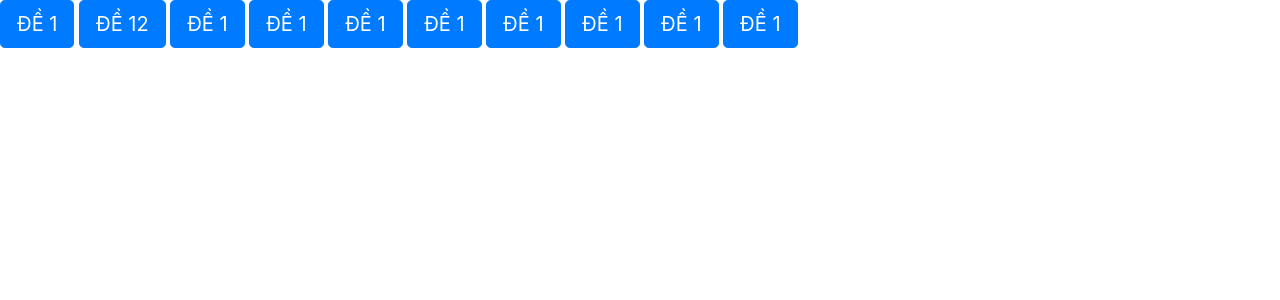
Repository: tunguyenhy222/tunguyenhy222
Page: index.html
An editor plug-in stored every save of this project. The page is shown before and after a run of saves, followed by the edit.
The browser window is 1280 px wide. The pictures show the whole page.

Above is the page before, as saved 2021-08-12 21:17:36.

### index.html
<!DOCTYPE html>
<html lang="en">
  <head>
    <meta charset="UTF-8" />
    <meta http-equiv="X-UA-Compatible" content="IE=edge" />
    <meta name="viewport" content="width=device-width, initial-scale=1.0" />
    <title>Document</title>
    <script
      src="https://code.jquery.com/jquery-3.3.1.slim.min.js"
      integrity="sha384-q8i/X+965DzO0rT7abK41JStQIAqVgRVzpbzo5smXKp4YfRvH+8abtTE1Pi6jizo"
      crossorigin="anonymous"
    ></script>

    <script
      src="https://cdnjs.cloudflare.com/ajax/libs/popper.js/1.14.7/umd/popper.min.js"
      integrity="sha384-UO2eT0CpHqdSJQ6hJty5KVphtPhzWj9WO1clHTMGa3JDZwrnQq4sF86dIHNDz0W1"
      crossorigin="anonymous"
    ></script>

    <script
      src="https://stackpath.bootstrapcdn.com/bootstrap/4.3.1/js/bootstrap.min.js"
      integrity="sha384-JjSmVgyd0p3pXB1rRibZUAYoIIy6OrQ6VrjIEaFf/nJGzIxFDsf4x0xIM+B07jRM"
      crossorigin="anonymous"
    ></script>
    <link
      rel="stylesheet"
      href="https://stackpath.bootstrapcdn.com/bootstrap/4.3.1/css/bootstrap.min.css"
      integrity="sha384-ggOyR0iXCbMQv3Xipma34MD+dH/1fQ784/j6cY/iJTQUOhcWr7x9JvoRxT2MZw1T"
      crossorigin="anonymous"
    />
  </head>
  <body>
    <button type="button" class="btn btn-primary btn-lg"><a href="./de/de1.html" style="color: white;">ĐỀ 1</a></button>
    <button type="button" class="btn btn-primary btn-lg"><a href="./de/de2.html" style="color: white;">ĐỀ 12</a></button>
    <button type="button" class="btn btn-primary btn-lg"><a href="./de/de3.html" style="color: white;">ĐỀ 1</a></button>
    <button type="button" class="btn btn-primary btn-lg"><a href="./de/de4.html" style="color: white;">ĐỀ 1</a></button>
    <button type="button" class="btn btn-primary btn-lg"><a href="./de/de5.html" style="color: white;">ĐỀ 1</a></button>
    <button type="button" class="btn btn-primary btn-lg"><a href="./de/de6.html" style="color: white;">ĐỀ 1</a></button>
    <button type="button" class="btn btn-primary btn-lg"><a href="./de/de7.html" style="color: white;">ĐỀ 1</a></button>
    <button type="button" class="btn btn-primary btn-lg"><a href="./de/de8.html" style="color: white;">ĐỀ 1</a></button>
    <button type="button" class="btn btn-primary btn-lg"><a href="./de/de9.html" style="color: white;">ĐỀ 1</a></button>
    <button type="button" class="btn btn-primary btn-lg"><a href="./de/de10.html" style="color: white;">ĐỀ 1</a></button>
  </body>
</html>

After the next 2 saves:
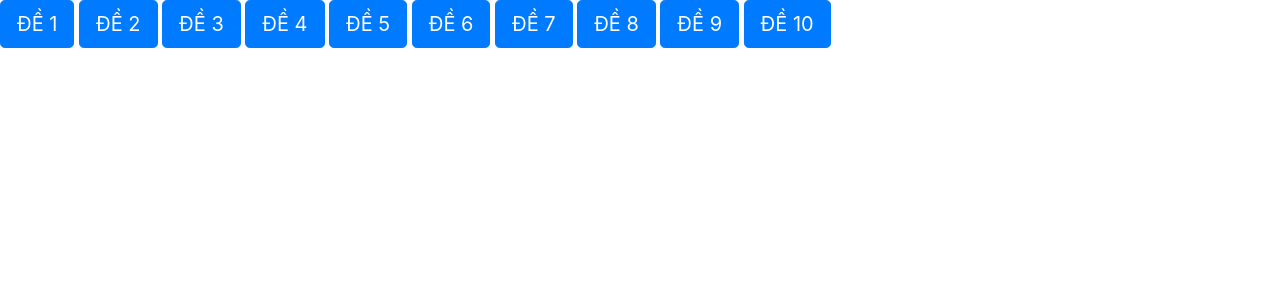
The 2 saves are shown as one change because they came seconds apart.
The last was saved 9 s later.
--- a/index.html
+++ b/index.html
@@ -31,14 +31,14 @@
   </head>
   <body>
     <button type="button" class="btn btn-primary btn-lg"><a href="./de/de1.html" style="color: white;">ĐỀ 1</a></button>
-    <button type="button" class="btn btn-primary btn-lg"><a href="./de/de2.html" style="color: white;">ĐỀ 12</a></button>
-    <button type="button" class="btn btn-primary btn-lg"><a href="./de/de3.html" style="color: white;">ĐỀ 1</a></button>
-    <button type="button" class="btn btn-primary btn-lg"><a href="./de/de4.html" style="color: white;">ĐỀ 1</a></button>
-    <button type="button" class="btn btn-primary btn-lg"><a href="./de/de5.html" style="color: white;">ĐỀ 1</a></button>
-    <button type="button" class="btn btn-primary btn-lg"><a href="./de/de6.html" style="color: white;">ĐỀ 1</a></button>
-    <button type="button" class="btn btn-primary btn-lg"><a href="./de/de7.html" style="color: white;">ĐỀ 1</a></button>
-    <button type="button" class="btn btn-primary btn-lg"><a href="./de/de8.html" style="color: white;">ĐỀ 1</a></button>
-    <button type="button" class="btn btn-primary btn-lg"><a href="./de/de9.html" style="color: white;">ĐỀ 1</a></button>
-    <button type="button" class="btn btn-primary btn-lg"><a href="./de/de10.html" style="color: white;">ĐỀ 1</a></button>
+    <button type="button" class="btn btn-primary btn-lg"><a href="./de/de2.html" style="color: white;">ĐỀ 2</a></button>
+    <button type="button" class="btn btn-primary btn-lg"><a href="./de/de3.html" style="color: white;">ĐỀ 3</a></button>
+    <button type="button" class="btn btn-primary btn-lg"><a href="./de/de4.html" style="color: white;">ĐỀ 4</a></button>
+    <button type="button" class="btn btn-primary btn-lg"><a href="./de/de5.html" style="color: white;">ĐỀ 5</a></button>
+    <button type="button" class="btn btn-primary btn-lg"><a href="./de/de6.html" style="color: white;">ĐỀ 6</a></button>
+    <button type="button" class="btn btn-primary btn-lg"><a href="./de/de7.html" style="color: white;">ĐỀ 7</a></button>
+    <button type="button" class="btn btn-primary btn-lg"><a href="./de/de8.html" style="color: white;">ĐỀ 8</a></button>
+    <button type="button" class="btn btn-primary btn-lg"><a href="./de/de9.html" style="color: white;">ĐỀ 9</a></button>
+    <button type="button" class="btn btn-primary btn-lg"><a href="./de/de10.html" style="color: white;">ĐỀ 10</a></button>
   </body>
 </html>
